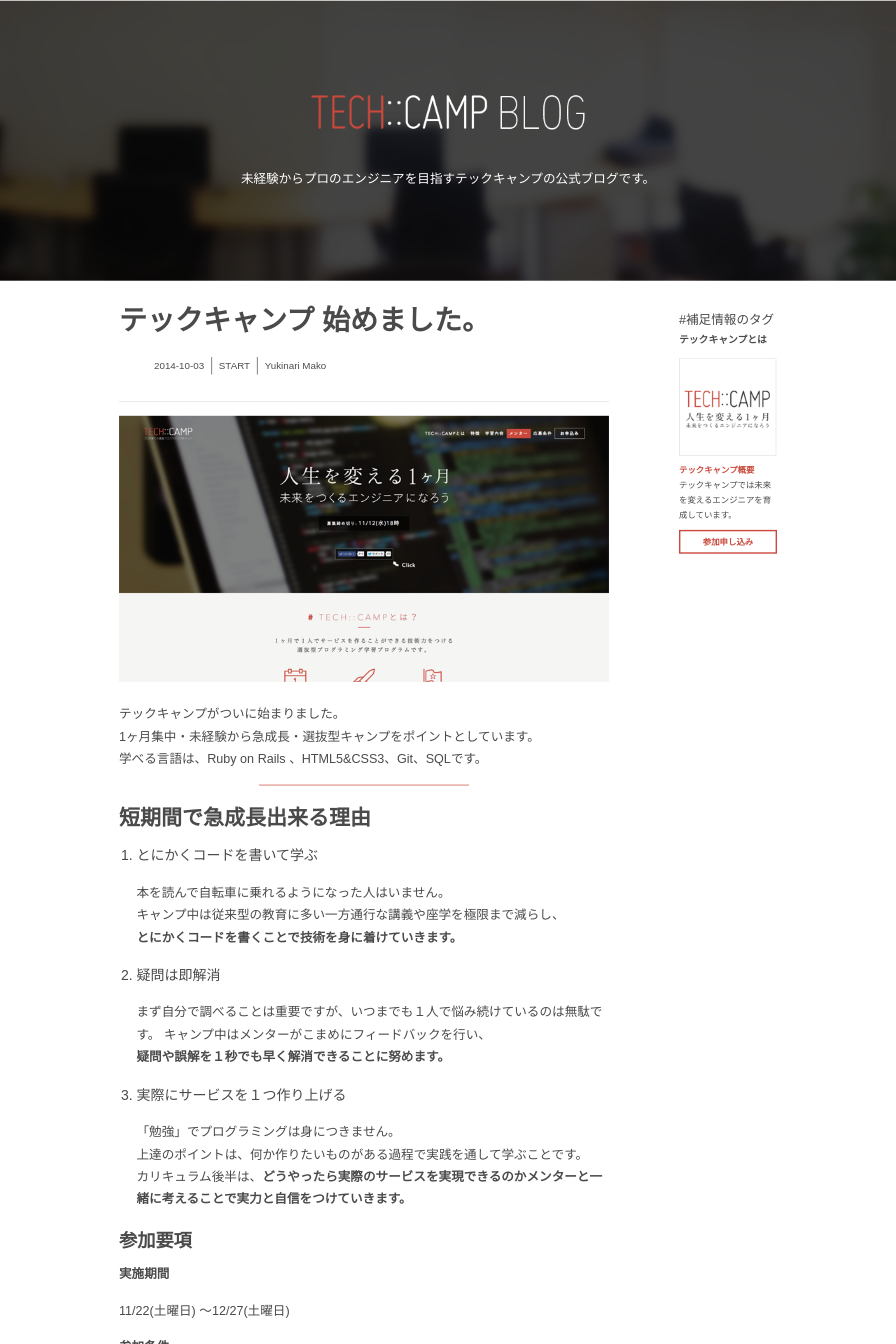
Repository: Kame0012/git_nekotter
Page: techcamp_htmlcss/techcamp_blog/index.html
The author's editor kept a record of every edit. The page is drawn from the files as they stood at one moment, then again after the next edit.
The browser window is 1280 px wide. The pictures show the part of the page from y = 0 to 1920 px (the page is 2573 px tall before and 2604 px after), at 70% of full size.

Above is the page before.

After the next edit:
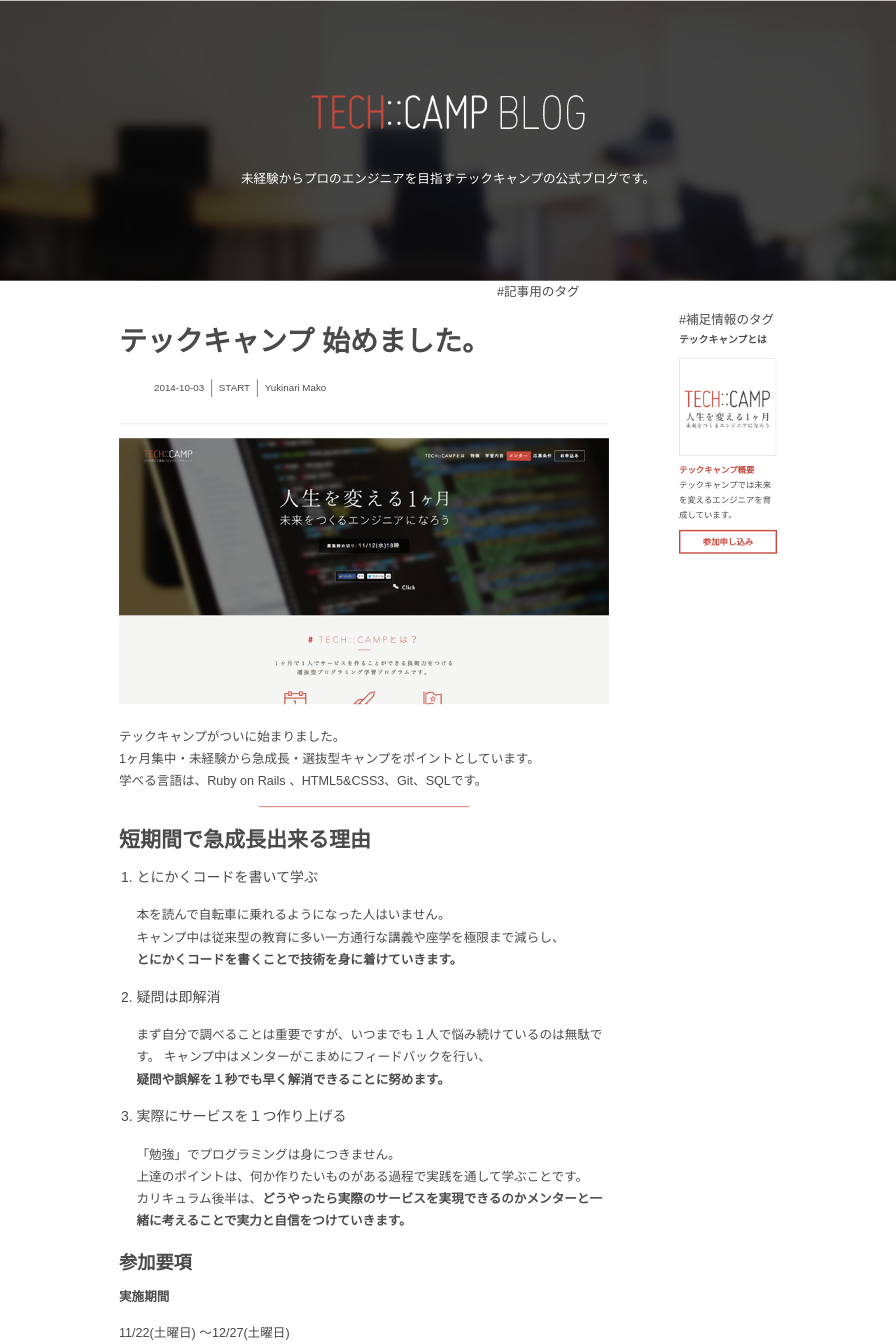
The edit:
--- a/techcamp_htmlcss/techcamp_blog/index.html
+++ b/techcamp_htmlcss/techcamp_blog/index.html
@@ -14,7 +14,7 @@
 
     <div class="contents clearfix">
       <div class="left_content">
-        <article>
+        <article>　　　　　　　　　　　　　　　　　　　　　　　　　　　　　　#記事用のタグ
           <header>
             <h2>テックキャンプ 始めました。</h2>
             <ul class="meta clearfix">
